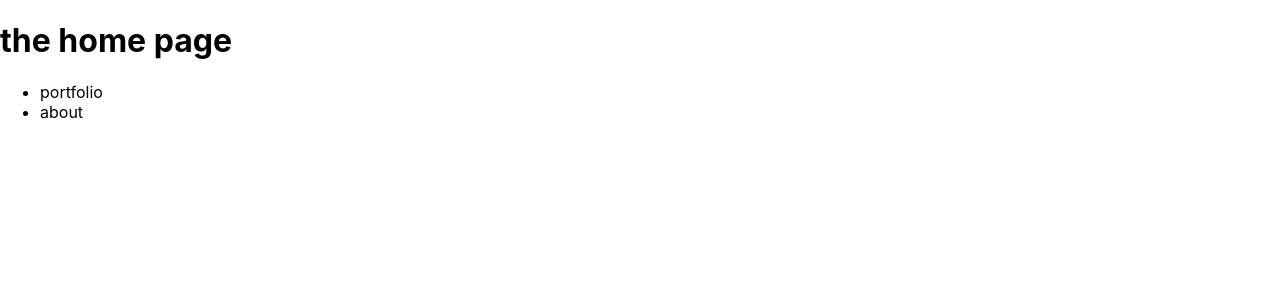
Repository: akdlsz21/nextjs-file-routing-practice
Page: /
These files come from the project's save history. The page is drawn as it stood at one moment and after the next save; the edit follows.
The browser window is 1280 px wide. The pictures show the whole page.
The project was rebuilt for these pictures with package versions that can differ from the ones it lists, and the page was loaded fresh each time. The framework's server and built-in components were replaced by stand-ins that run in the browser. Also part of the build but not shown: next.config.js.

Above is the page before, as saved 2022-06-23 18:54:20.

### pages/index.js
import Link from 'next/link';

function HomePage() {
	return (
		<div>
			<h1>the home page </h1>
			<ul>
				<li>
					<Link replace href="/portfolio">
						portfolio
					</Link>
				</li>
				<li>
					<Link href="/about">about</Link>
				</li>
			</ul>
		</div>
	);
}

export default HomePage;

Loaded but not shown: pages/_app.js (common file); styles/globals.css (common file)

After the next save:
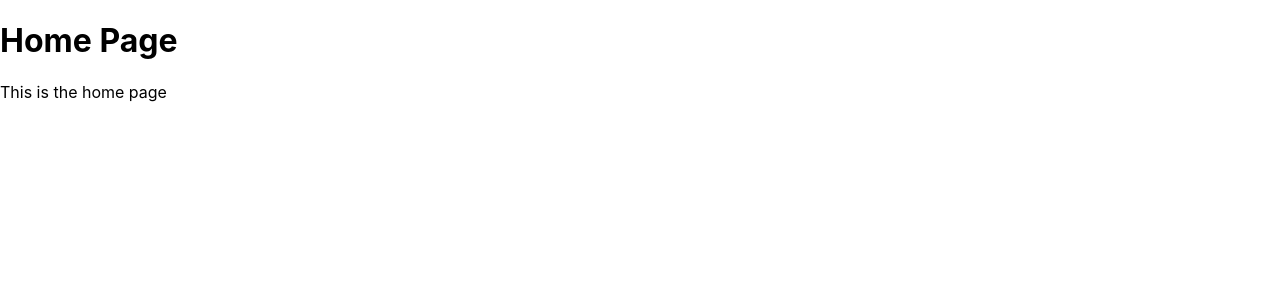
Saved 7 min 8 s later.
--- a/pages/index.js
+++ b/pages/index.js
@@ -1,19 +1,8 @@
-import Link from 'next/link';
-
 function HomePage() {
 	return (
 		<div>
-			<h1>the home page </h1>
-			<ul>
-				<li>
-					<Link replace href="/portfolio">
-						portfolio
-					</Link>
-				</li>
-				<li>
-					<Link href="/about">about</Link>
-				</li>
-			</ul>
+			<h1>Home Page</h1>
+			<p>This is the home page</p>
 		</div>
 	);
 }
